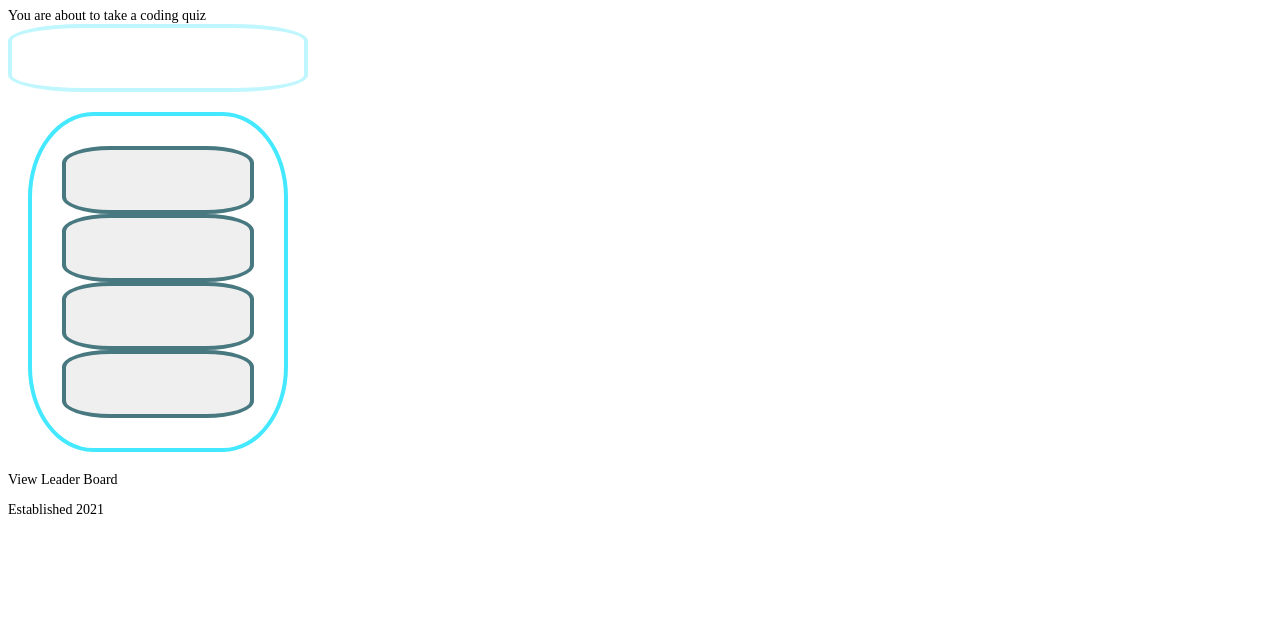
Repository: stuart-rickard/coding-quiz
Page: index.html
The author's editor kept a copy of each file at every save. The page is drawn from the files as they stood at one save, then again after the next save.
The browser window is 1280 px wide. The pictures show the whole page.

Above is the page before, as saved 2021-11-22 20:27:26.

After the next save:
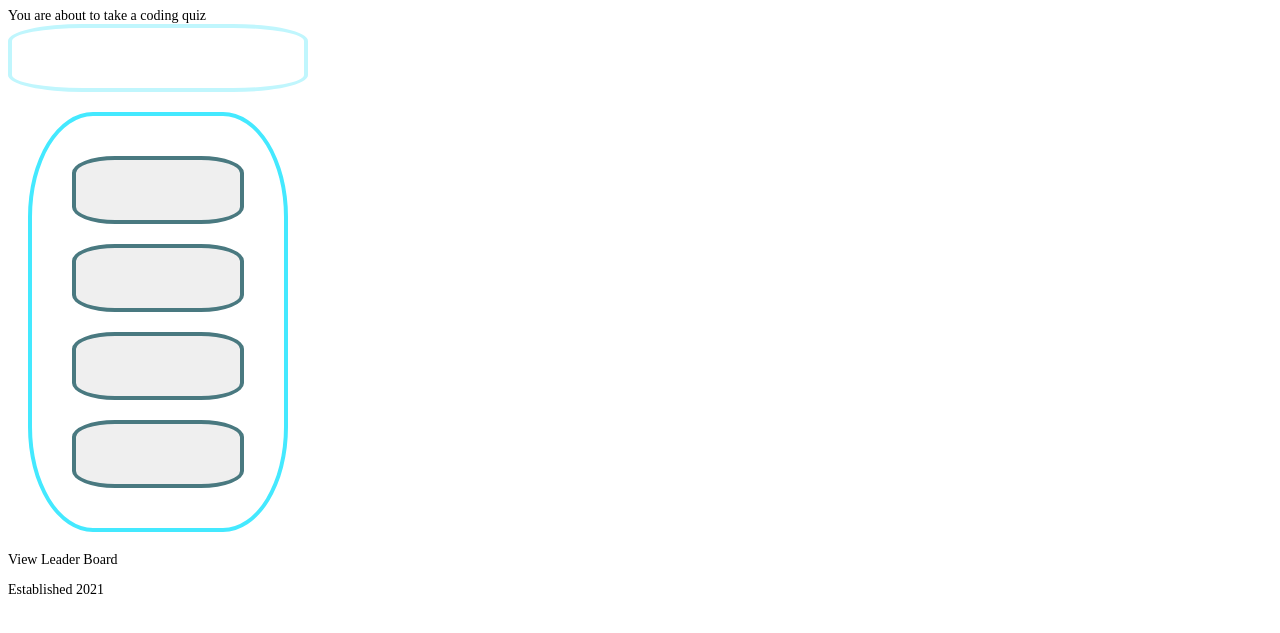
Saved 4 min 2 s later.
--- a/index.html
+++ b/index.html
@@ -19,10 +19,10 @@
 
       </div>
       <form class="answer-form">
-        <button class="answer-li" id="#answer-a"></button>
-        <button class="answer-li" id="#answer-b"></button>
-        <button class="answer-li" id="#answer-c"></button>
-        <button class="answer-li" id="#answer-d"></button>
+        <button class="answer-button" id="#answer-a"></button>
+        <button class="answer-button" id="#answer-b"></button>
+        <button class="answer-button" id="#answer-c"></button>
+        <button class="answer-button" id="#answer-d"></button>
       </form>
     </div>
   </main>
--- a/assets/css/style.css
+++ b/assets/css/style.css
@@ -34,9 +34,9 @@
     flex-direction: column;
 }
 
-.answer-li {
+.answer-button {
     border: var(--regular-line-width) solid var(--secondary);
     border-radius: var(--border-radius-regular);
     padding: 30px;
-    display: flex;
+    margin: 10px;
 }
